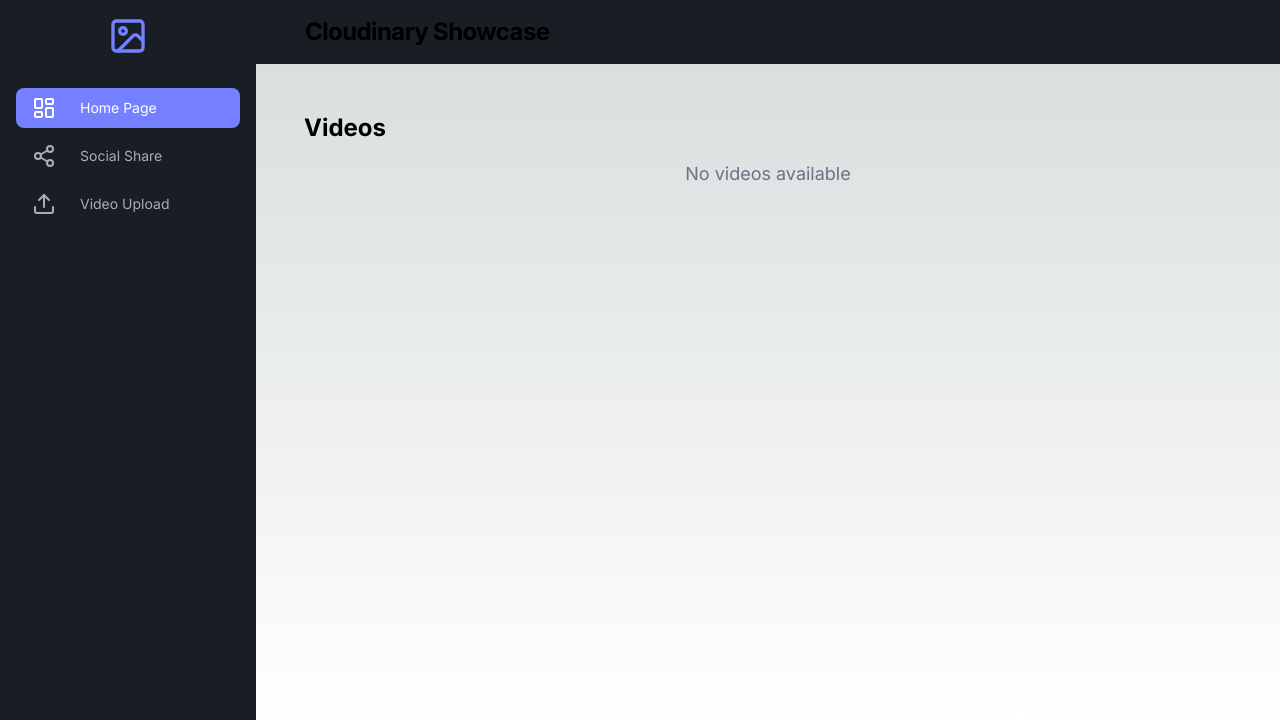
Repository: AlexMercer00/StellarVista
Page: /home (app in Desktop/PixForge/)
The author's editor kept a copy of each file at every save. The page is drawn from the files as they stood at one save, then again after the next save.
The browser window is 1280 px wide. The pictures show the whole page.
The page's requests for data from a server got no answer. The project was rebuilt for these pictures with package versions that can differ from the ones it lists, and the page was loaded fresh each time. Some packages were replaced by stand-ins written for this rebuild. The framework's server and built-in components were replaced by stand-ins that run in the browser. No one was signed in, and anything a server would have sent is missing. Also part of the build but not shown: Desktop/PixForge/next.config.mjs, Desktop/PixForge/components/VideoCard.tsx.

Above is the page before, as saved 2025-08-15 17:28:06.

After the next save:
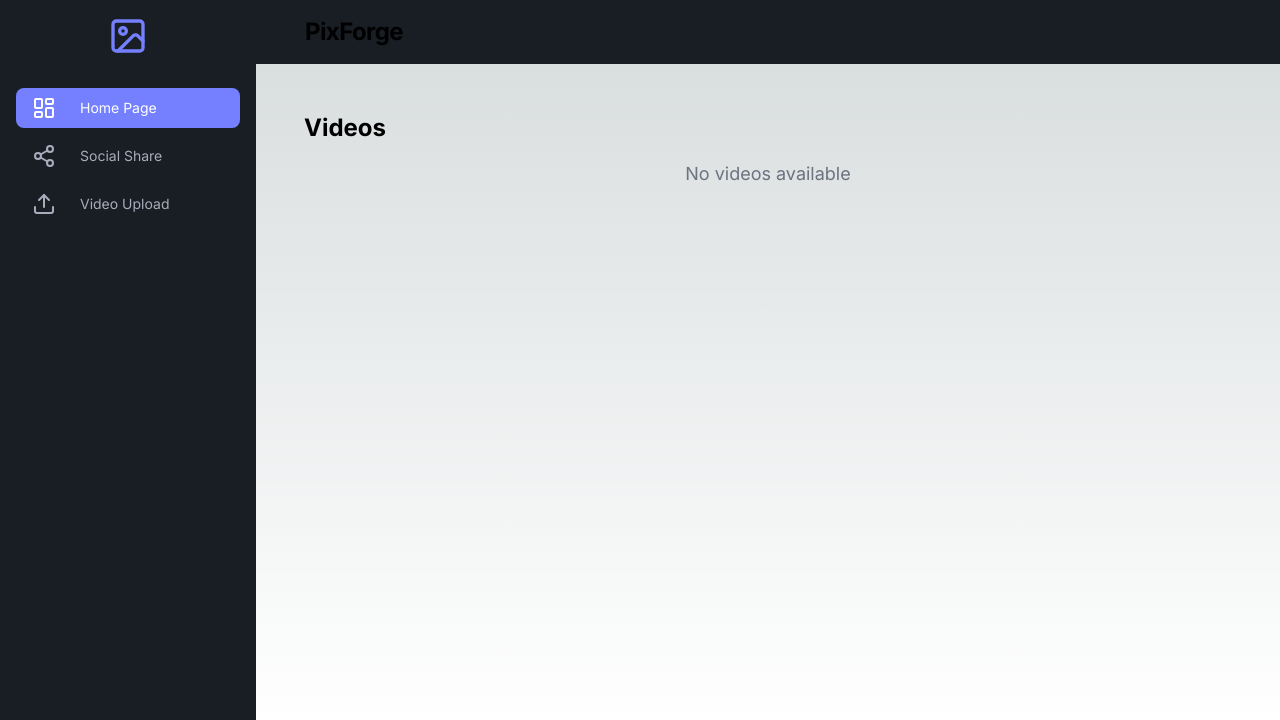
Saved 4 h 3 min later.
--- a/Desktop/PixForge/app/(app)/layout.tsx
+++ b/Desktop/PixForge/app/(app)/layout.tsx
@@ -56,15 +56,16 @@
                 htmlFor="sidebar-drawer"
                 className="btn btn-square btn-ghost drawer-button"
               >
-                <MenuIcon />
+                <MenuIcon className="w-6 h-6" />
               </label>
             </div>
             <div className="flex-1">
-              <Link href="/" onClick={handleLogoClick}>
-                <div className="btn btn-ghost normal-case text-2xl font-bold tracking-tight cursor-pointer">
-                  Cloudinary Showcase
-                </div>
-              </Link>
+              <div
+                className="btn btn-ghost normal-case text-2xl font-bold tracking-tight cursor-pointer"
+                onClick={handleLogoClick}
+              >
+                PixForge
+              </div>
             </div>
             <div className="flex-none flex items-center space-x-4">
               {user && (
@@ -93,6 +94,7 @@
             </div>
           </div>
         </header>
+
         {/* Page content */}
         <main className="flex-grow">
           <div className="max-w-7xl mx-auto w-full px-4 sm:px-6 lg:px-8 my-8">
@@ -100,6 +102,8 @@
           </div>
         </main>
       </div>
+
+      {/* Sidebar */}
       <div className="drawer-side">
         <label htmlFor="sidebar-drawer" className="drawer-overlay"></label>
         <aside className="bg-base-200 w-64 h-full flex flex-col">
@@ -124,6 +128,7 @@
               </li>
             ))}
           </ul>
+
           {user && (
             <div className="p-4">
               <button
